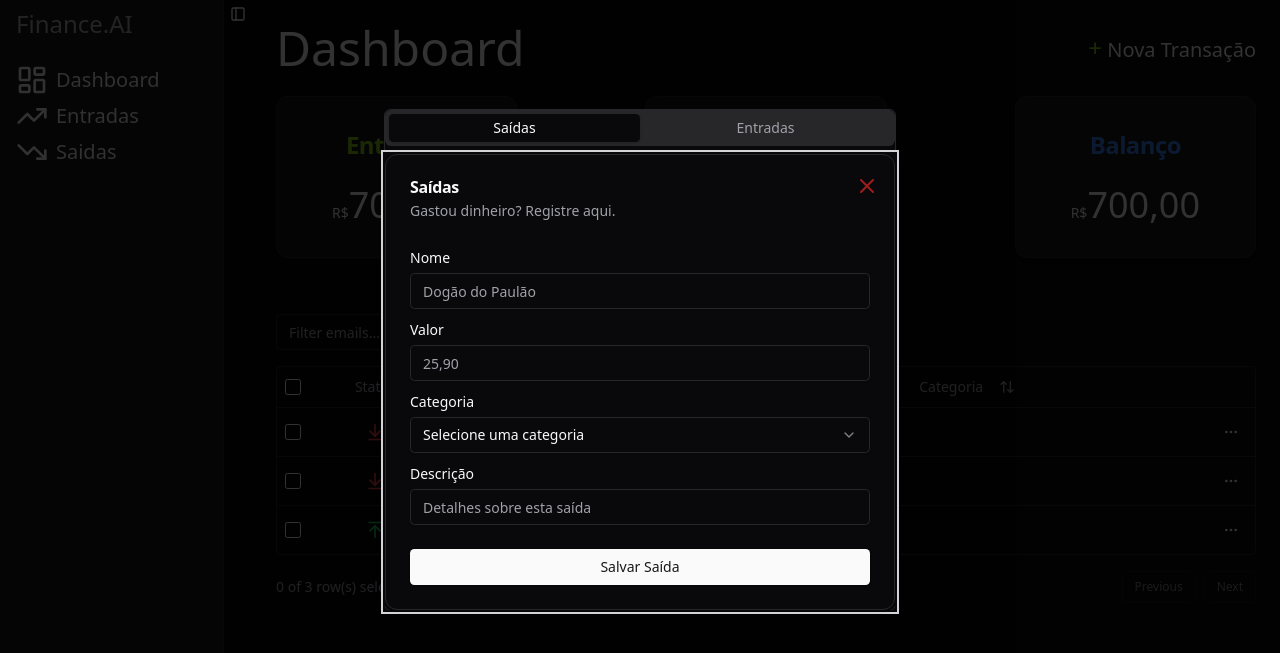
Repository: jvmotadev/web1front
Page: /, after clicking the first element matching `button.text-xl`
An editor plug-in stored every save of this project. The page is shown before and after the next save, followed by the edit.
The browser window is 1280 px wide. The pictures show the whole page.
The project was rebuilt for these pictures with package versions that can differ from the ones it lists, and the page was loaded fresh each time. Also part of the build but not shown: vite.config.ts, src/components/ui/separator.tsx, src/components/ui/sheet.tsx, src/components/ui/skeleton.tsx, src/components/ui/tooltip.tsx, src/app/entradas-item.tsx, src/app/tabela.tsx, src/components/ui/chart.tsx and 3 more.

Above is the page before, as saved 2024-11-16 16:55:44.

After the next save:
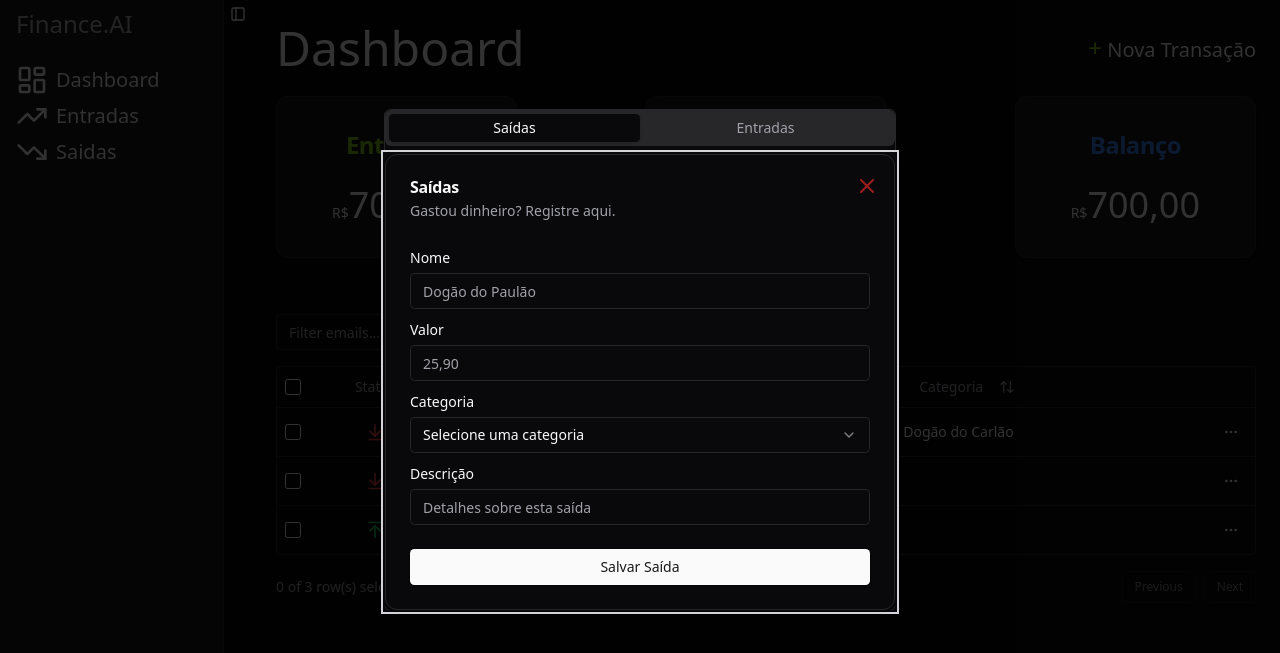
Saved 15 s later.
--- a/src/app/transaction-list/static-data.tsx
+++ b/src/app/transaction-list/static-data.tsx
@@ -1,5 +1,5 @@
 export const staticPayments = [
-    { id: "1", amount: 100, status: "saida", name: "Dogão do Carlão" },
+    { id: "1", amount: 100, status: "saida", name: "Dogão do Carlão", category: "Dogão do Carlão" },
     { id: "2", amount: 200, status: "saida", name: "Centauro" },
     { id: "3", amount: 300, status: "entrada", name: "Pagamento Exxon" },
   ];
